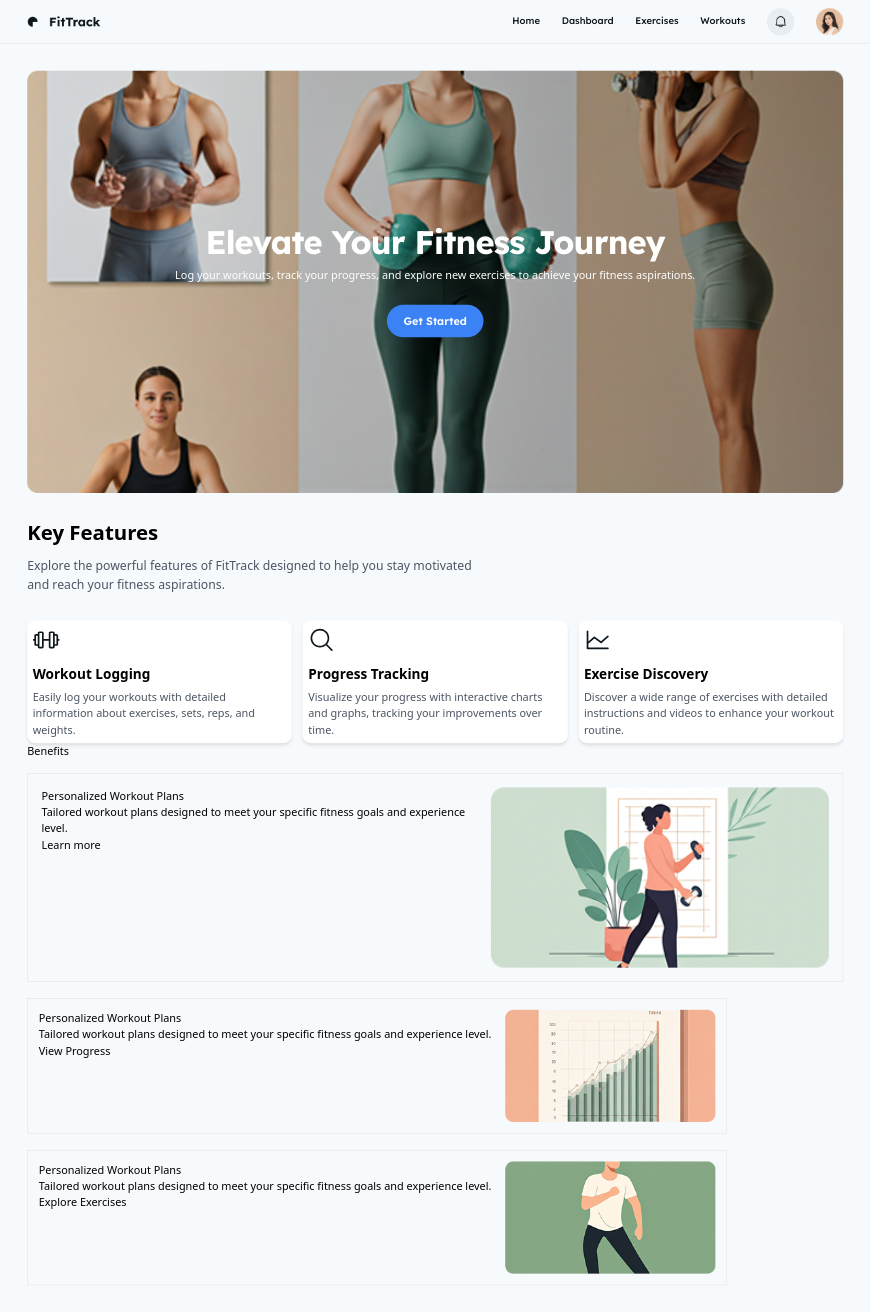
Repository: Emy-gold/fitness-tracking-platform
Page: /
The author's editor kept a copy of each file at every save. The page is drawn from the files as they stood at one save, then again after the next save.
The browser window is 1280 px wide. The pictures show the whole page, at 68% of full size.
The project was rebuilt for these pictures with package versions that can differ from the ones it lists, and the page was loaded fresh each time. Also part of the build but not shown: vite.config.js, src/Pages/Dashboard.jsx, src/Pages/Exercises.jsx, src/Pages/Workouts.jsx, src/components/Footer.jsx.

Above is the page before, as saved 2025-08-27 15:26:24.

After the next save:
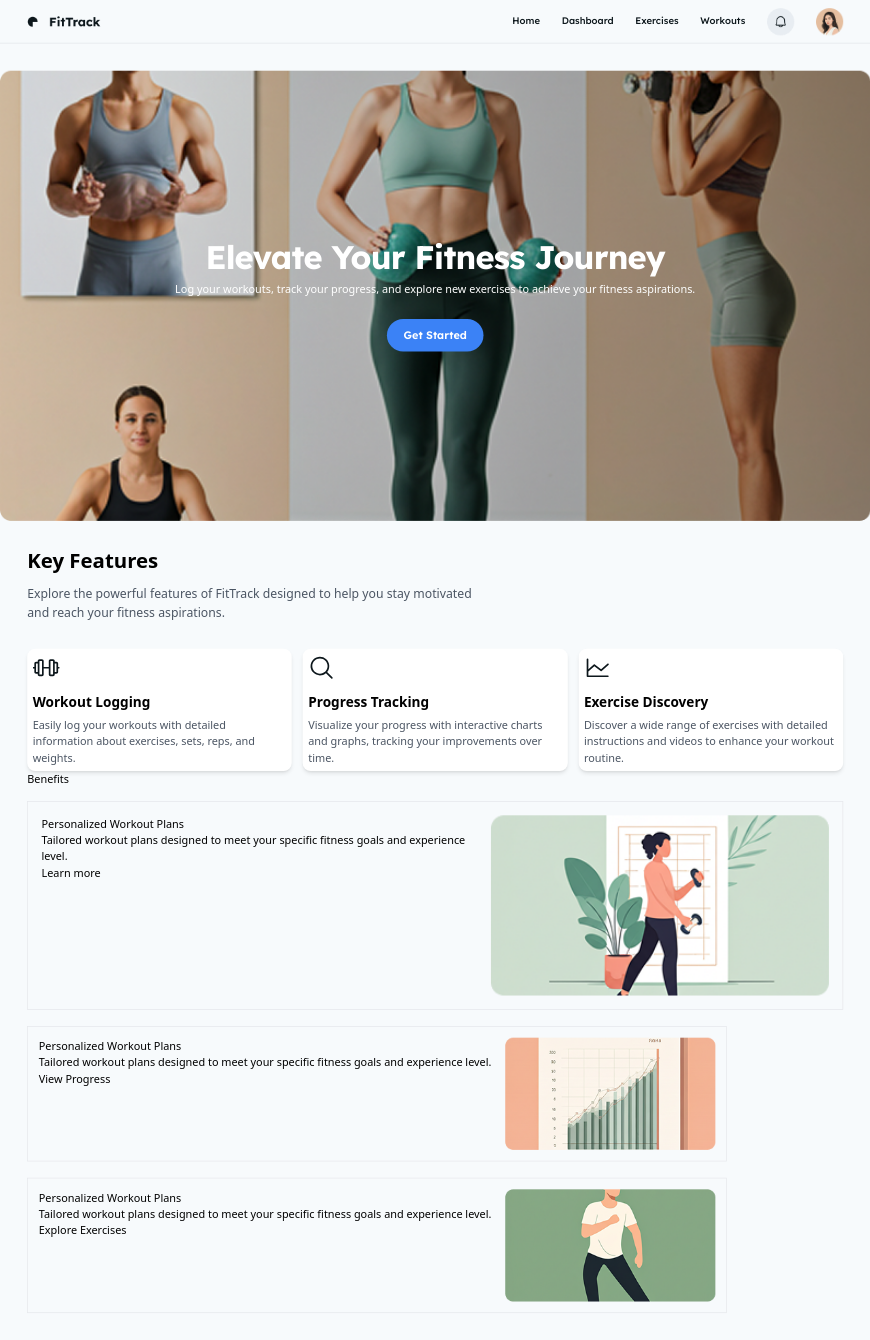
Saved 7 min 58 s later.
--- a/src/Pages/Home.jsx
+++ b/src/Pages/Home.jsx
@@ -20,7 +20,7 @@ function Home() {
             <main className='flex flex-col justify-center items-center mx-auto'>
 
                 <section className='my-10 relative flex justify-center'>
-                    <img src={homepic} className="md:w-[800px] lg:w-[1200px]" />
+                    <img src={homepic} className="md:w-[800px] lg:w-[1300px]" />
                     <div className="absolute inset-0 flex flex-col justify-center text-center text-white">
                         <h1 className='text-5xl font-lexend font-bold mb-3 tracking-tight '>Elevate Your Fitness Journey</h1>
                         <p className=''>Log your workouts, track your progress, and explore new exercises to achieve your fitness aspirations.</p>
